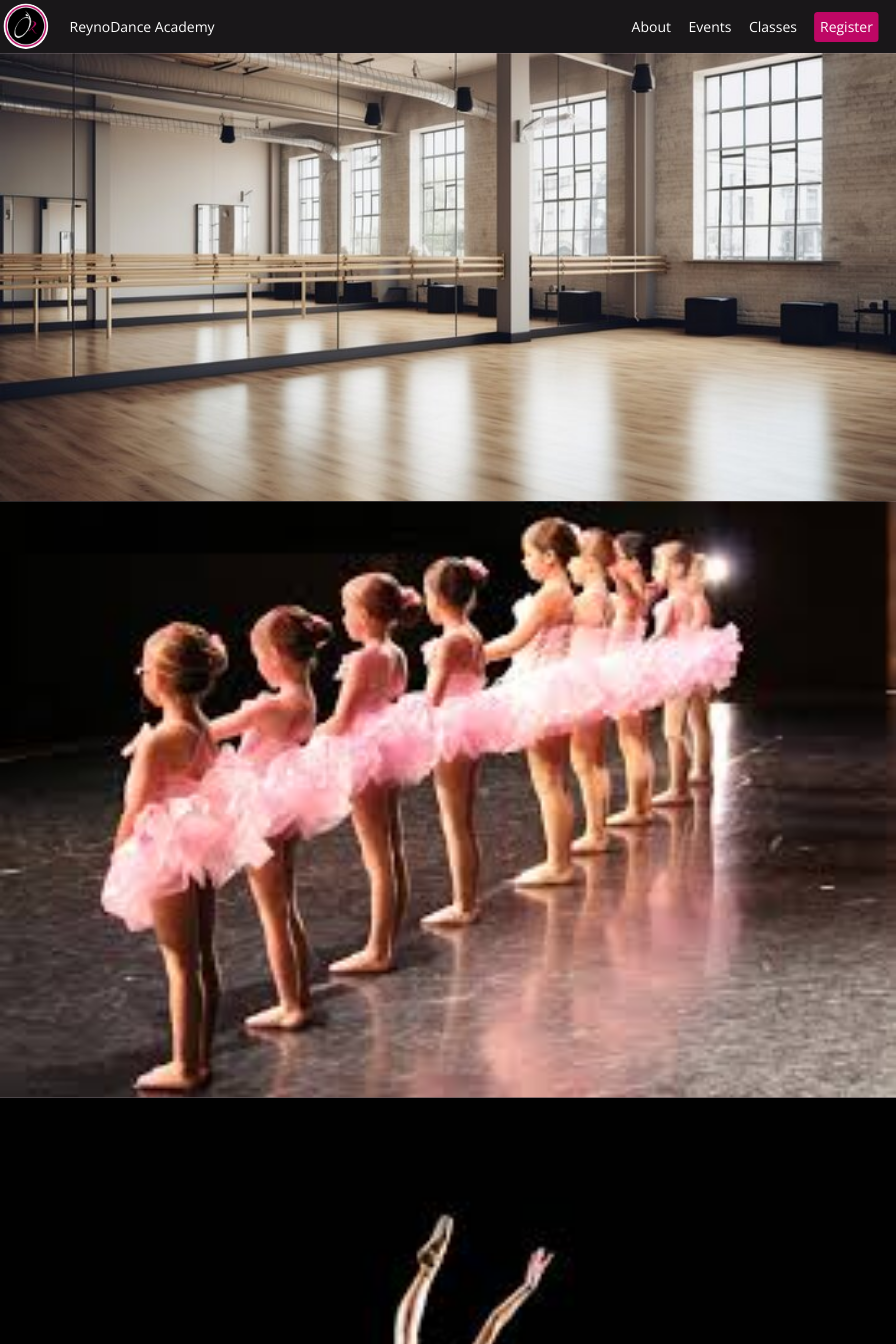
Repository: andreaelpz/reynodance-academy
Page: /
The author's editor kept a copy of each file at every save. The page is drawn from the files as they stood at one save, then again after a run of saves.
The browser window is 1280 px wide. The pictures show the part of the page from y = 0 to 1920 px (the page is 2595 px tall before and 720 px after), at 70% of full size.
The project was rebuilt for these pictures with package versions that can differ from the ones it lists, and the page was loaded fresh each time. Also part of the build but not shown: angular.json.

Above is the page before, as saved 2024-11-19 22:13:33.

After the next 2 saves:
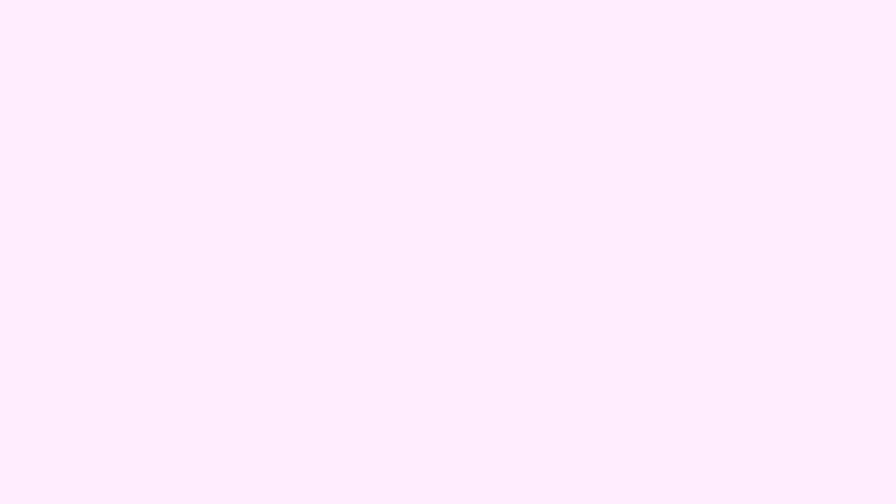
The 2 saves are shown as one change because they came seconds apart.
The last was saved 16 s later.
--- a/src/app/home/home.component.html
+++ b/src/app/home/home.component.html
@@ -4,6 +4,6 @@
         <img class = "girls" alt = "Pre-Ballet Team" src="/assets/images/girls.jpg">
         <img class = "solo" alt = "Solo dance" src="/assets/images/solo.jpg">
     </div>
-    <button type = "button"><</button>
+    <button type = "button" (click) = ><</button>
     <button type = "button">></button>
 </div>

After the 2 saves that followed:
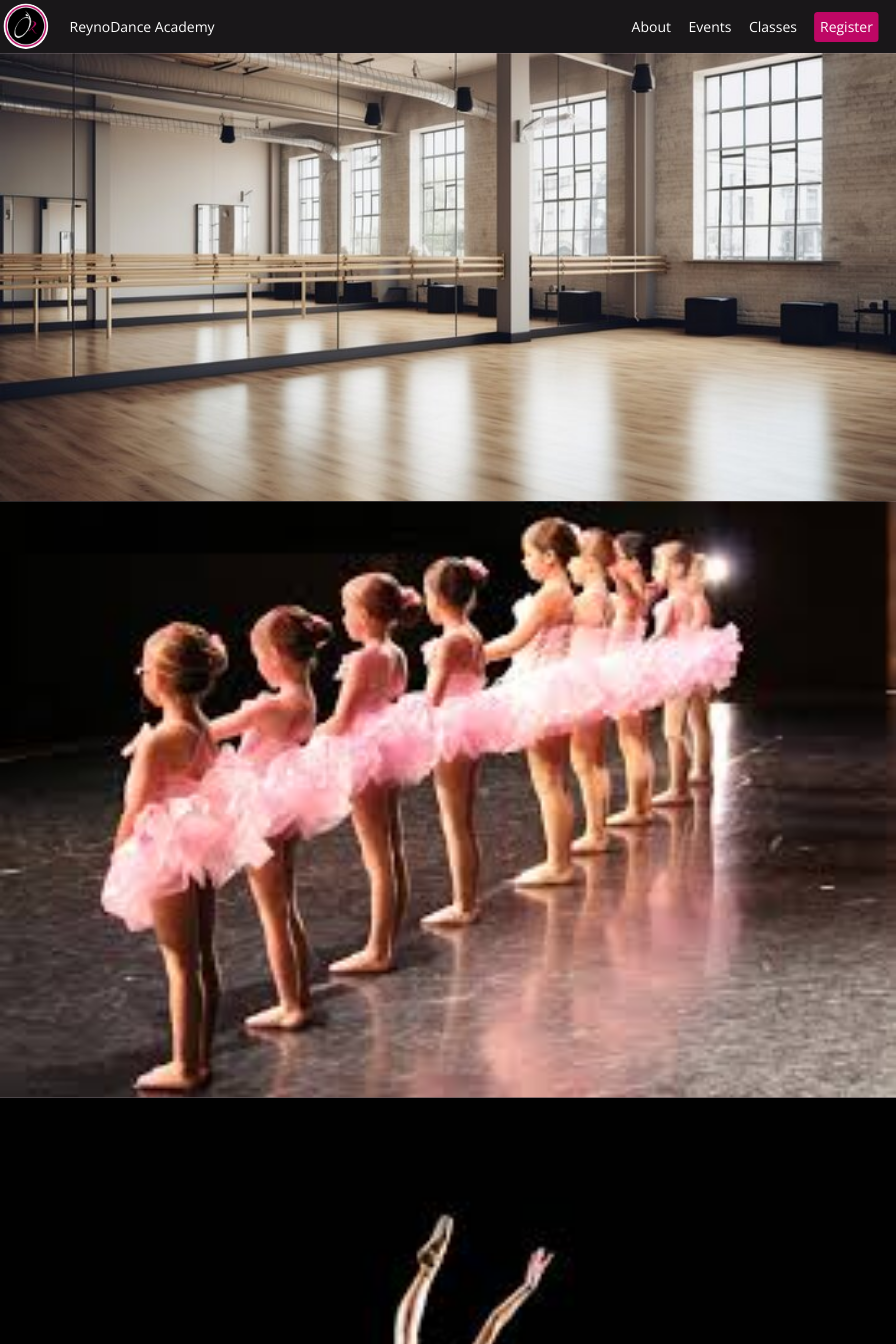
The 2 saves are shown as one change because they came seconds apart.
The last was saved 18 s later.
--- a/src/app/home/home.component.html
+++ b/src/app/home/home.component.html
@@ -4,6 +4,6 @@
         <img class = "girls" alt = "Pre-Ballet Team" src="/assets/images/girls.jpg">
         <img class = "solo" alt = "Solo dance" src="/assets/images/solo.jpg">
     </div>
-    <button type = "button" (click) = ><</button>
+    <button type = "button" (click) = nextPic()><</button>
     <button type = "button">></button>
 </div>
